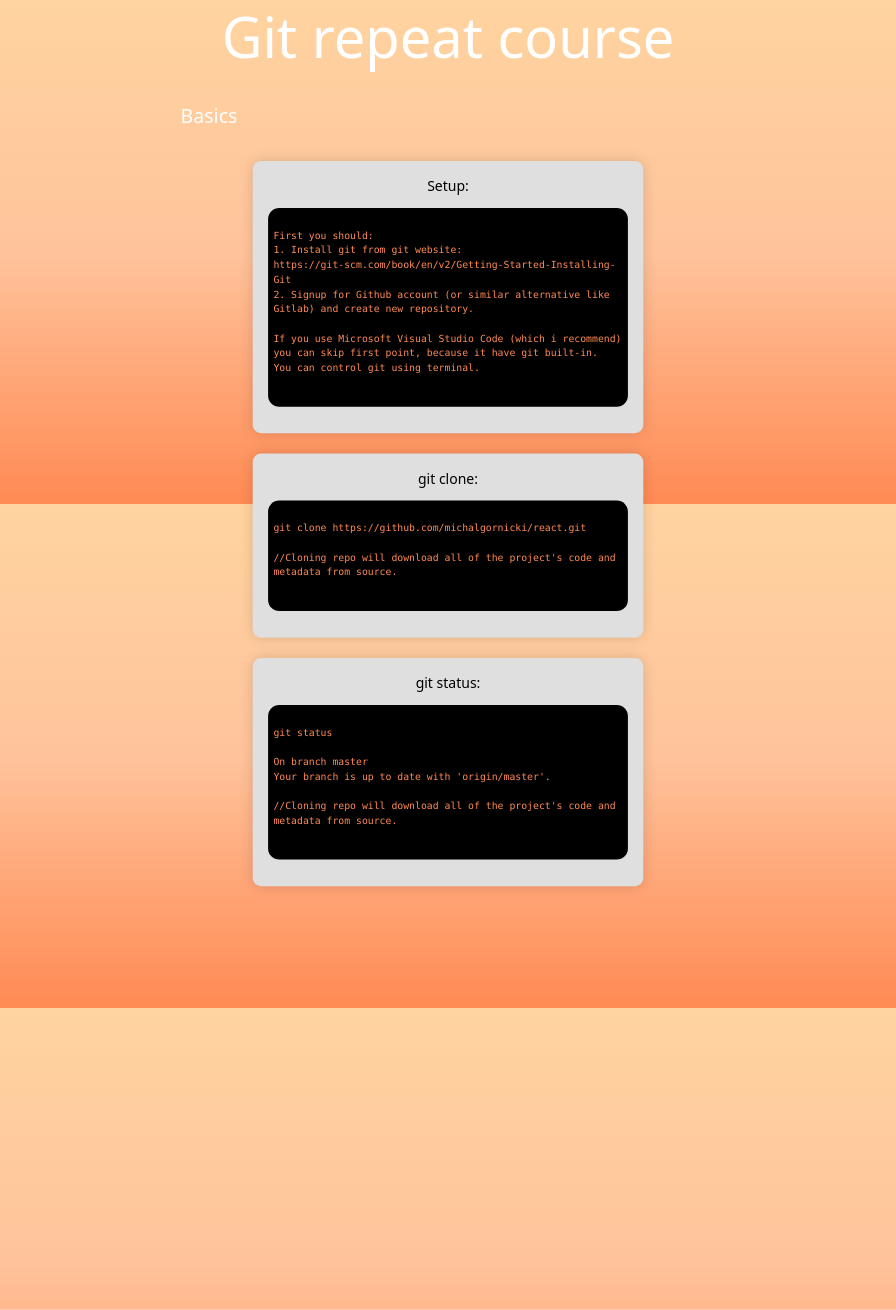
Repository: michalgornicki/git
Page: /
These files come from the project's save history. The page is drawn as it stood at one moment and after a run of saves; the edit follows.
The browser window is 1280 px wide. The pictures show the whole page, at 70% of full size.
Backgrounds fixed to the window are drawn as part of the page. The project was rebuilt for these pictures with package versions that can differ from the ones it lists, and the page was loaded fresh each time. Imported but missing from the stored project, and not drawn on this page: src/components/DOM manipulation.jsx, src/components/async.jsx, src/components/loops.jsx, src/components/numbers.jsx, src/components/variables.jsx, src/components/window.jsx.

Above is the page before, as saved 2022-02-10 08:01:02.

After the next 2 saves:
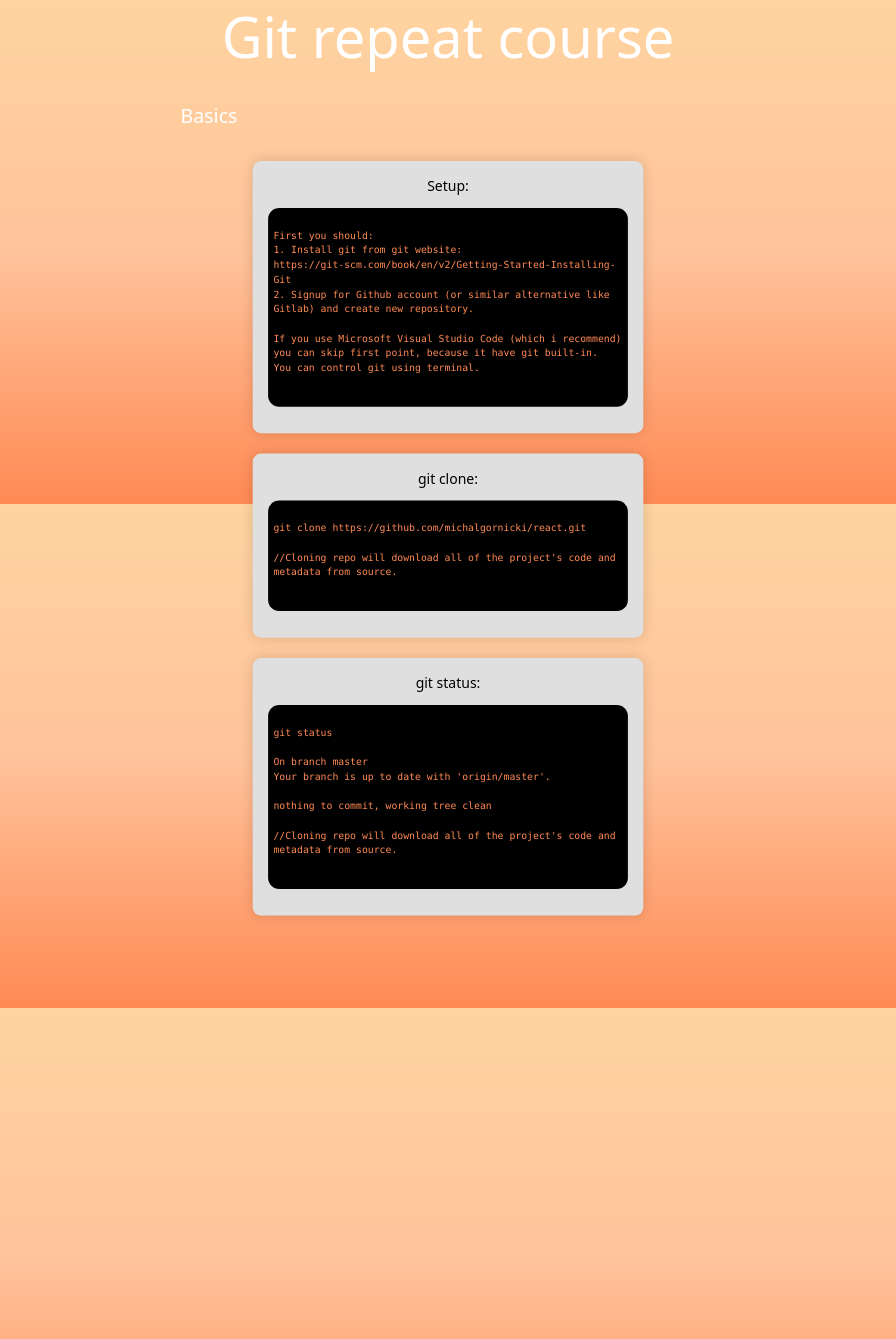
The 2 saves are shown as one change because they came seconds apart.
The last was saved 49 s later.
--- a/src/components/arrays.jsx
+++ b/src/components/arrays.jsx
@@ -39,6 +39,8 @@ git status
 On branch master
 Your branch is up to date with 'origin/master'.
 
+nothing to commit, working tree clean
+
 //Cloning repo will download all of the project's code and metadata from source.
           `}</pre>
           </div>
